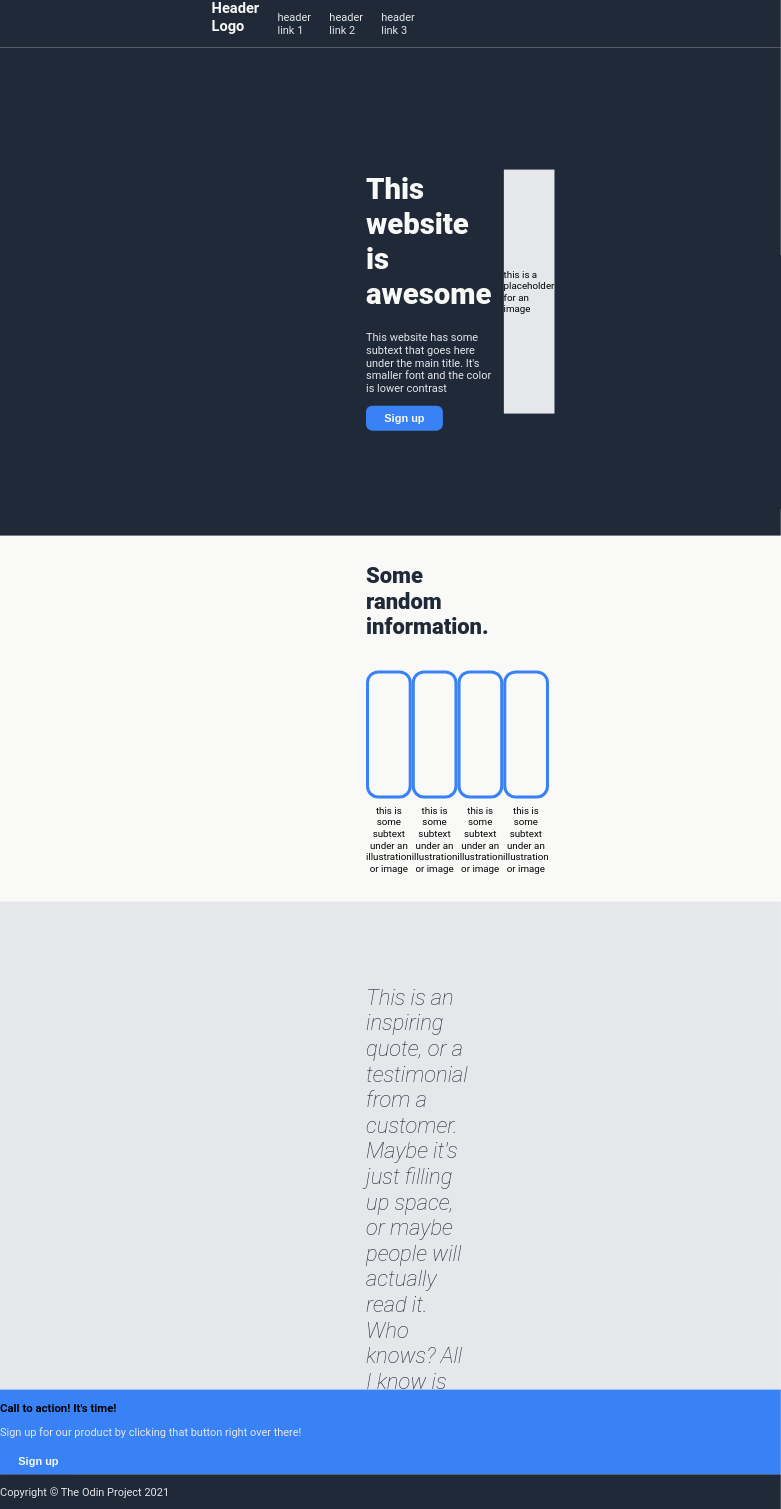
Repository: rsoetydev/landing-page
Page: index.html
The author's editor kept a copy of each file at every save. The page is drawn from the files as they stood at one save, then again after the next save.
The browser window is 1280 px wide. The pictures show the whole page, at 61% of full size.

Above is the page before, as saved 2023-11-28 10:33:45.

After the next save:
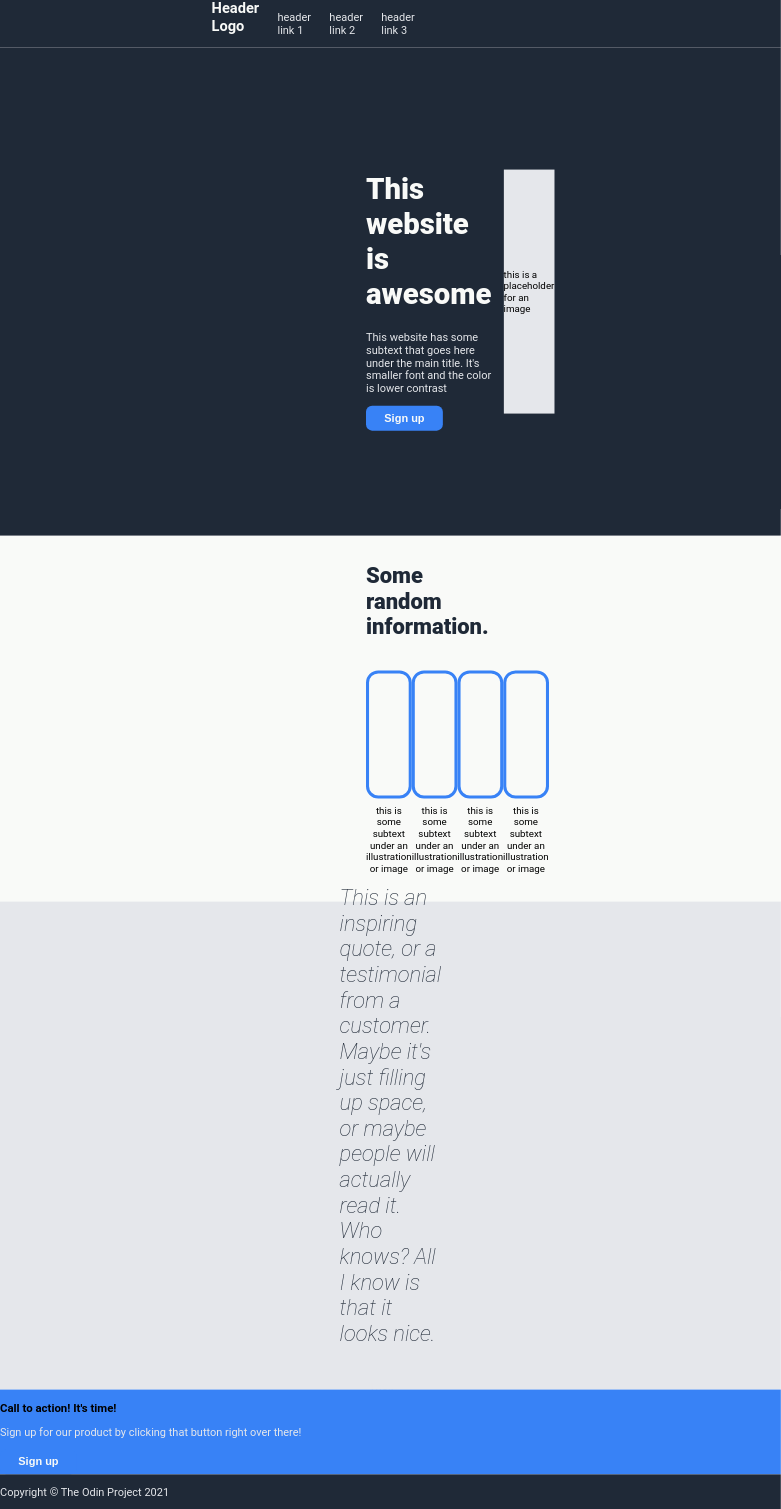
Saved 40 s later.
--- a/style.css
+++ b/style.css
@@ -132,8 +132,10 @@ button{
     background-color: var(--gray);
     height: 600px;
     display:flex;
-
+    flex-direction: column;
     padding: 100px 600px;
+    justify-content: center;
+    align-items: center;
 
 }
 
